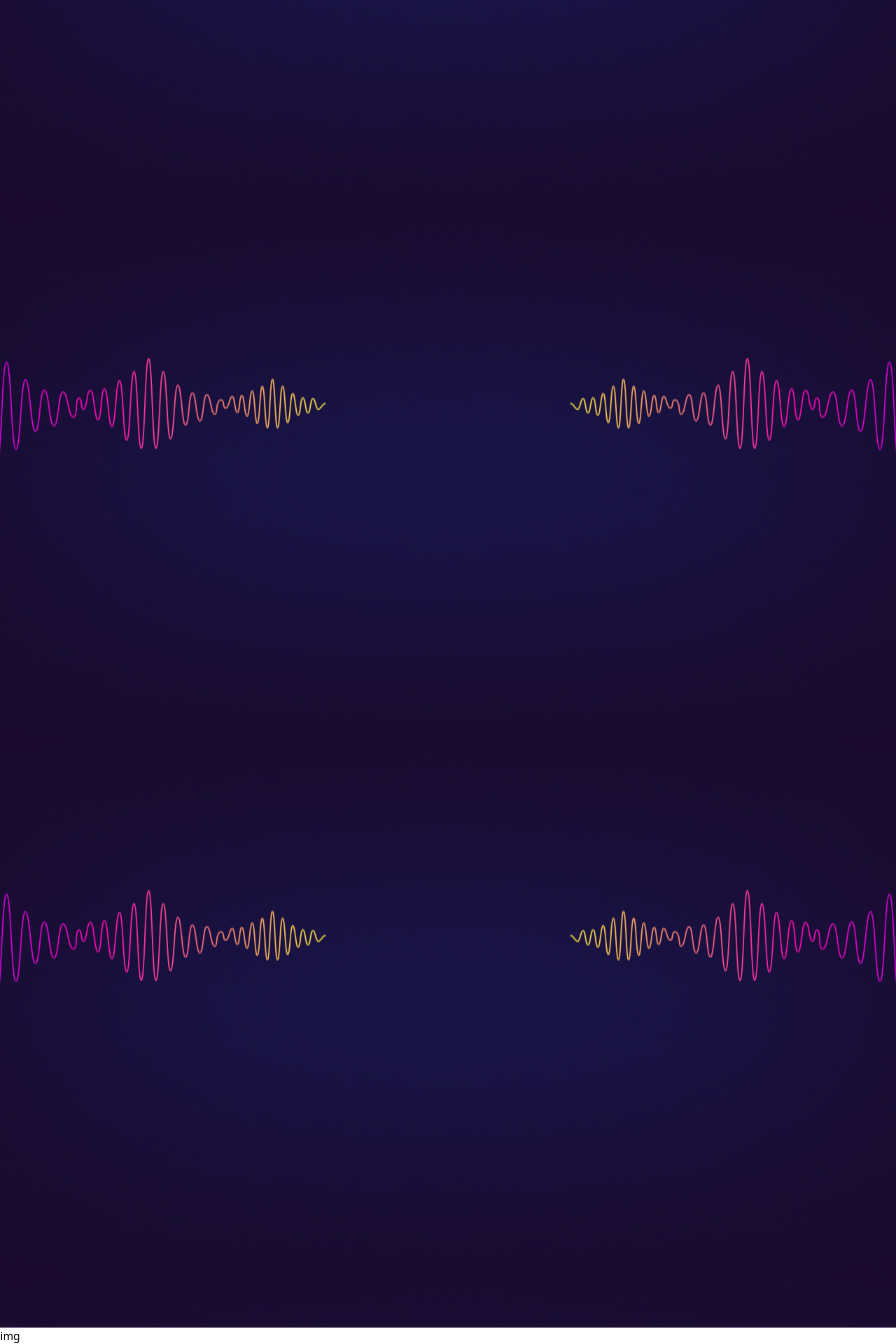
Repository: tanimtanzilislam/Assignment_2
Page: index.html
An editor plug-in stored every save of this project. The page is shown before and after a run of saves, followed by the edit.
The browser window is 1280 px wide. The pictures show the part of the page from y = 3672 to 5592 px (the page is 5592 px tall before and 5568 px after), at 70% of full size.

Above is the page before, as saved 2026-02-20 03:43:14.

### index.html
<!DOCTYPE html>
<html lang="en">
<head>
    <meta charset="UTF-8">
    <meta name="viewport" content="width=device-width, initial-scale=1.0">
    <title>Assignment-2</title>
    <script src="https://cdn.jsdelivr.net/npm/@tailwindcss/browser@4"></script>
</head>
<body>

    <nav class=" flex relative bg-gray-800 text-white ">

        <div class="pt-8 pb-8 pl-50 pr-79">
           <span class="text-2xl bg-">Tech</span><span class="text-2xl font-bold bg-gradient-to-r from-[#F7E93F] via-[#FB09B4] to-[#9100F8] bg-clip-text text-transparent">Wave</span>
        </div>
        <div class="flex ">

            <ul class="flex flex-row gap-8 pt-8 pb-8">
                  <li> About</li>
            <li> Episodes</li>
            <li> Host</li>

            </ul>


        </div>

           <div class=""><button type="button" class=" w-[132px] h-[44] pt-8 pb-8 pr-8 bg-gradient-to-r from-[#F7E93F] via-[#FB09B4] to-[#9100F8]  rounded-xl align-middle">subscribe</button></div>


    </nav>

    <section>
        <div class="w-full h-[760vh] bg-[url('assets/hero-bg.png')] bg-container bg-center
        "><img></div>img</div>
    </section>




</body>
</html>

After the next 3 saves:
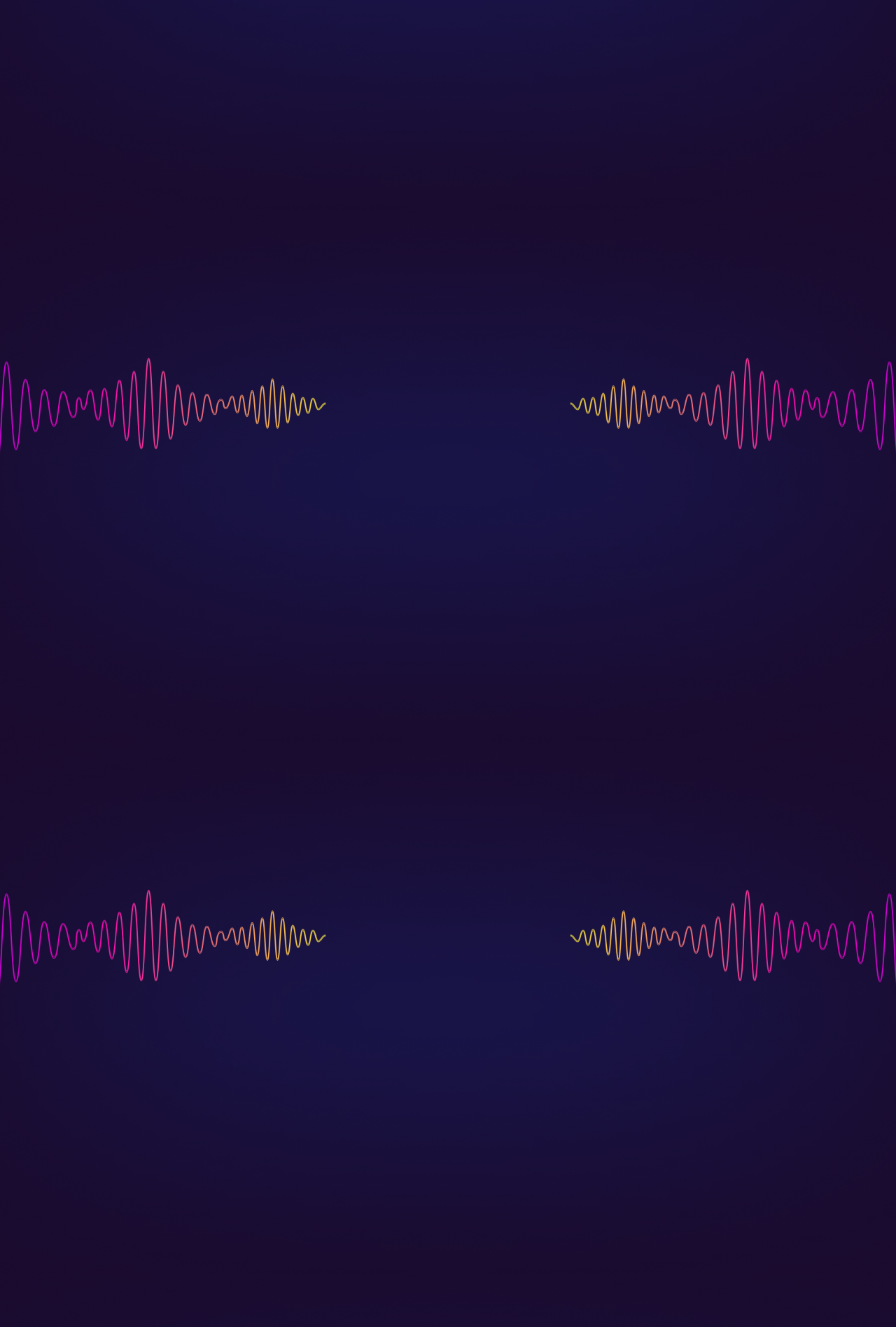
The 3 saves are shown as one change because they came seconds apart.
The last was saved 11 s later.
--- a/index.html
+++ b/index.html
@@ -32,7 +32,7 @@
 
     <section>
         <div class="w-full h-[760vh] bg-[url('assets/hero-bg.png')] bg-container bg-center
-        "><img></div>img</div>
+        "><img></img></div>
     </section>
 
 
